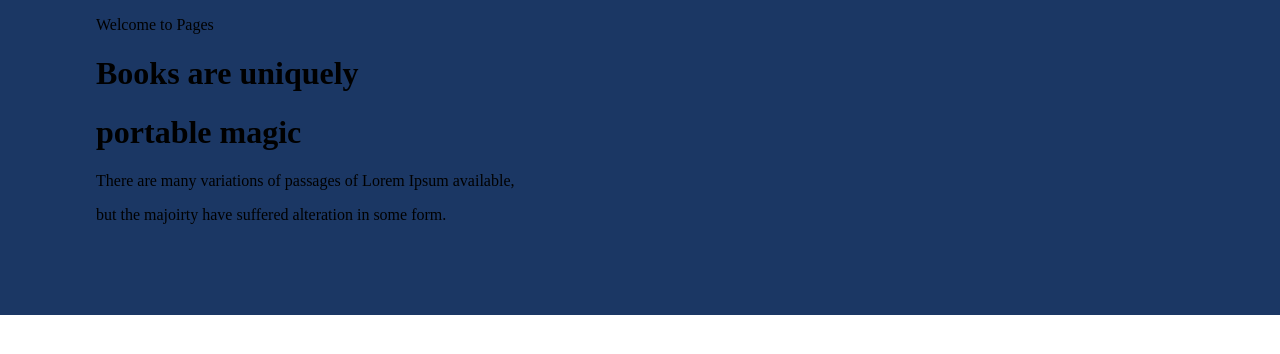
Repository: Godnorg/Class2
Page: index.html
The author's editor kept a copy of each file at every save. The page is drawn from the files as they stood at one save, then again after a run of saves.
The browser window is 1280 px wide. The pictures show the whole page.

Above is the page before, as saved 2023-02-13 21:31:46.

### index.html
<!DOCTYPE html>
<html lang="en">
<head>
    <meta charset="UTF-8">
    <meta http-equiv="X-UA-Compatible" content="IE=edge">
    <meta name="viewport" content="width=device-width, initial-scale=1.0">
    <title>Class 2</title>
    <link rel="stylesheet" href="index.css">
</head>
<body>
<div class="page1">
    <div class="allpages">
        <div class="navigation bar">

        </div>
        <div class="middle">
            <div>

                <p>Welcome to Pages</p>
                <h1>Books are uniquely</h1>
                <h1>portable magic</h1>
                <p>There are many variations of passages of Lorem Ipsum available,</p>
                <p>but the majoirty have suffered alteration in some form.</p>
            </div>
            <div>

            </div>
        </div>
    </div>
</div>


</body>
</html>

### index.css
body {
    margin: 0;
    padding: 0;
}

.page1 {
    background: #1B3764;
    padding-bottom: 75px;

}

.allpages {
    width: 85%;
    margin: auto;
}

.middle {
    display: grid;
    grid-template-columns: 1fr 1fr;
    column-gap: 35px;
    font-color: white;
}

After the next 2 saves:
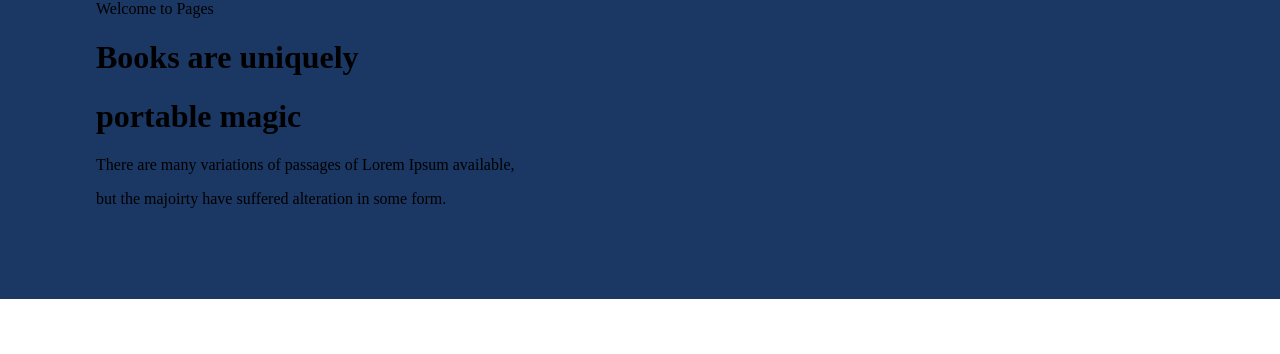
The 2 saves are shown as one change because they came seconds apart.
The last was saved 57 s later.
--- a/index.html
+++ b/index.html
@@ -16,7 +16,7 @@
         <div class="middle">
             <div>
 
-                <p>Welcome to Pages</p>
+                <hr<p>Welcome to Pages</p>
                 <h1>Books are uniquely</h1>
                 <h1>portable magic</h1>
                 <p>There are many variations of passages of Lorem Ipsum available,</p>
